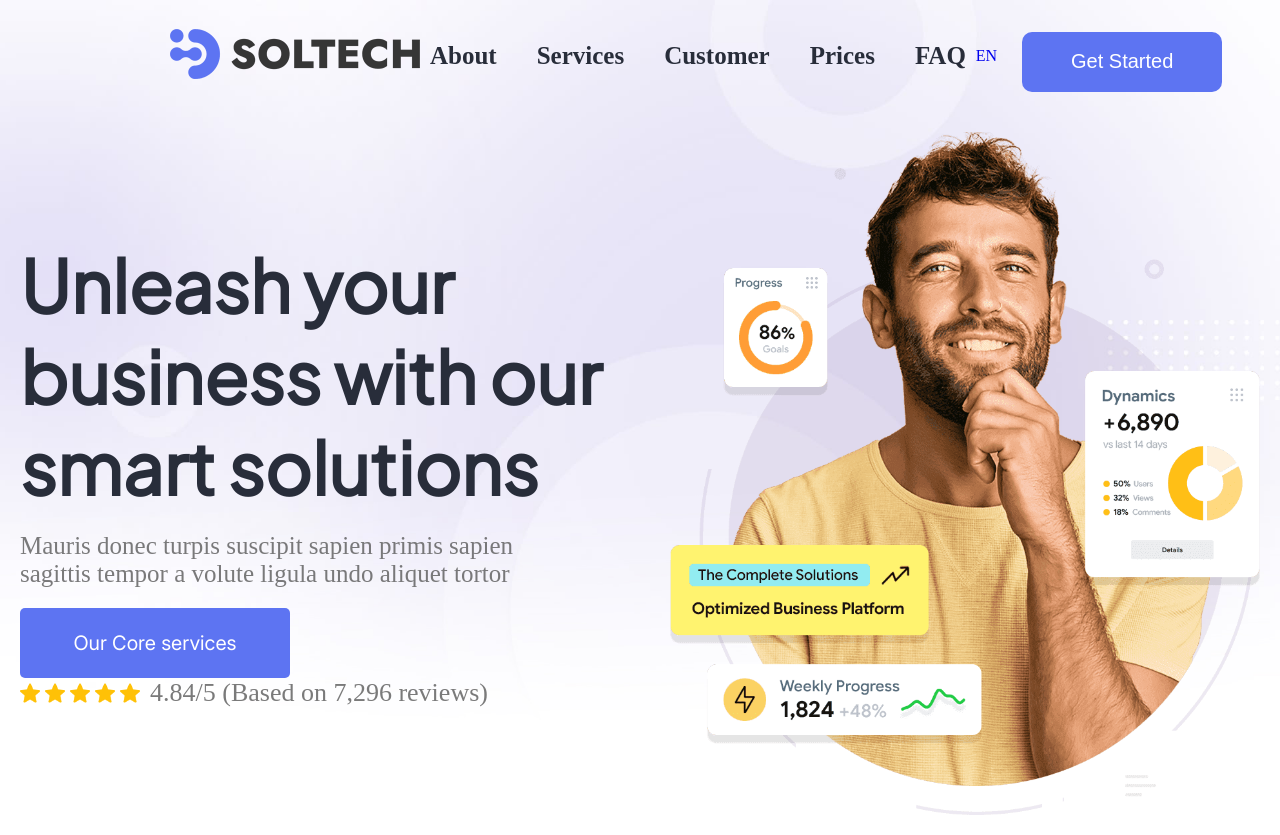
Repository: md-rabbi-hossain/Soltech-html
Page: index.html
An editor plug-in stored every save of this project. The page is shown before and after the next save, followed by the edit.
The browser window is 1280 px wide. The pictures show the whole page.

Above is the page before, as saved 2025-01-08 15:58:15.

After the next save:
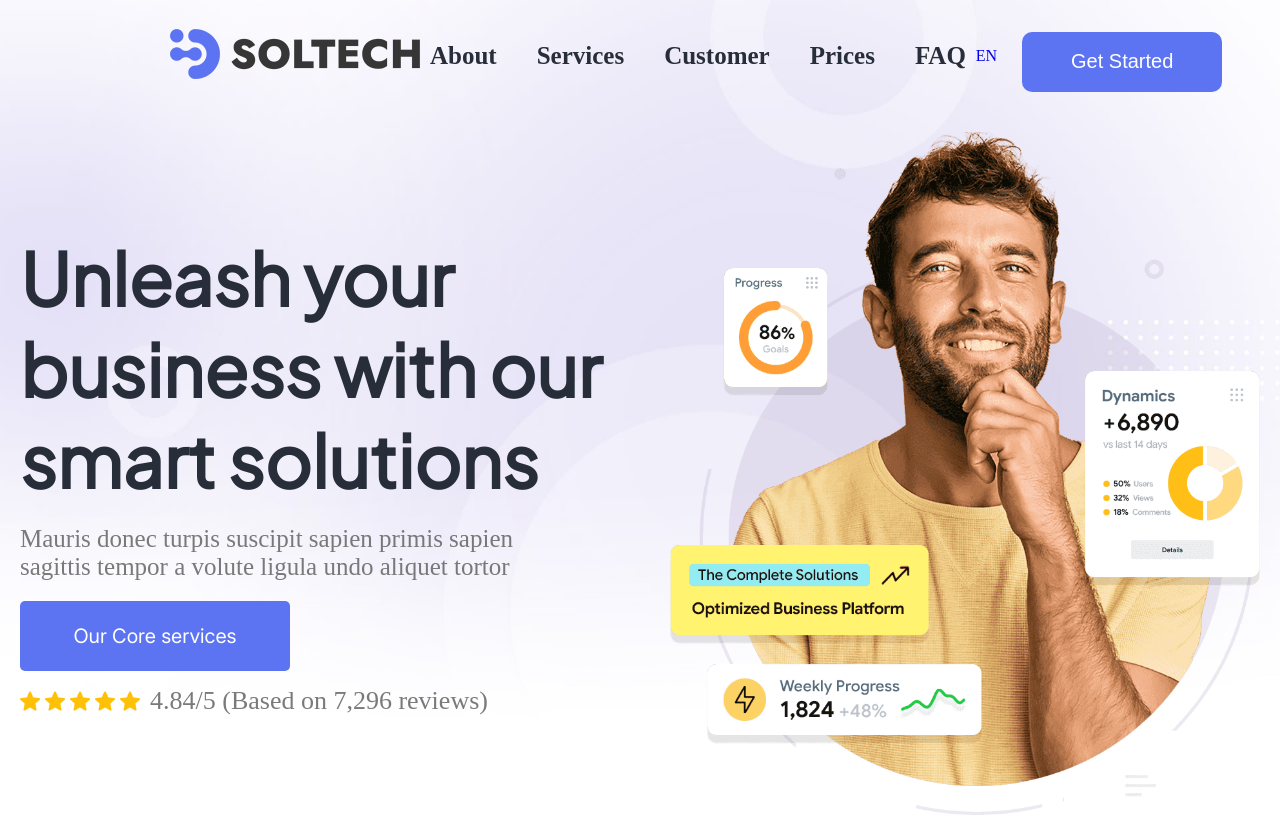
Saved 98 s later.
--- a/Css/style.css
+++ b/Css/style.css
@@ -178,6 +178,7 @@ nav.sticky {
   display: flex;
   align-items: center;
   gap: 10px;
+  padding-top: 15px;
 }
 .icon {
   display: flex;
